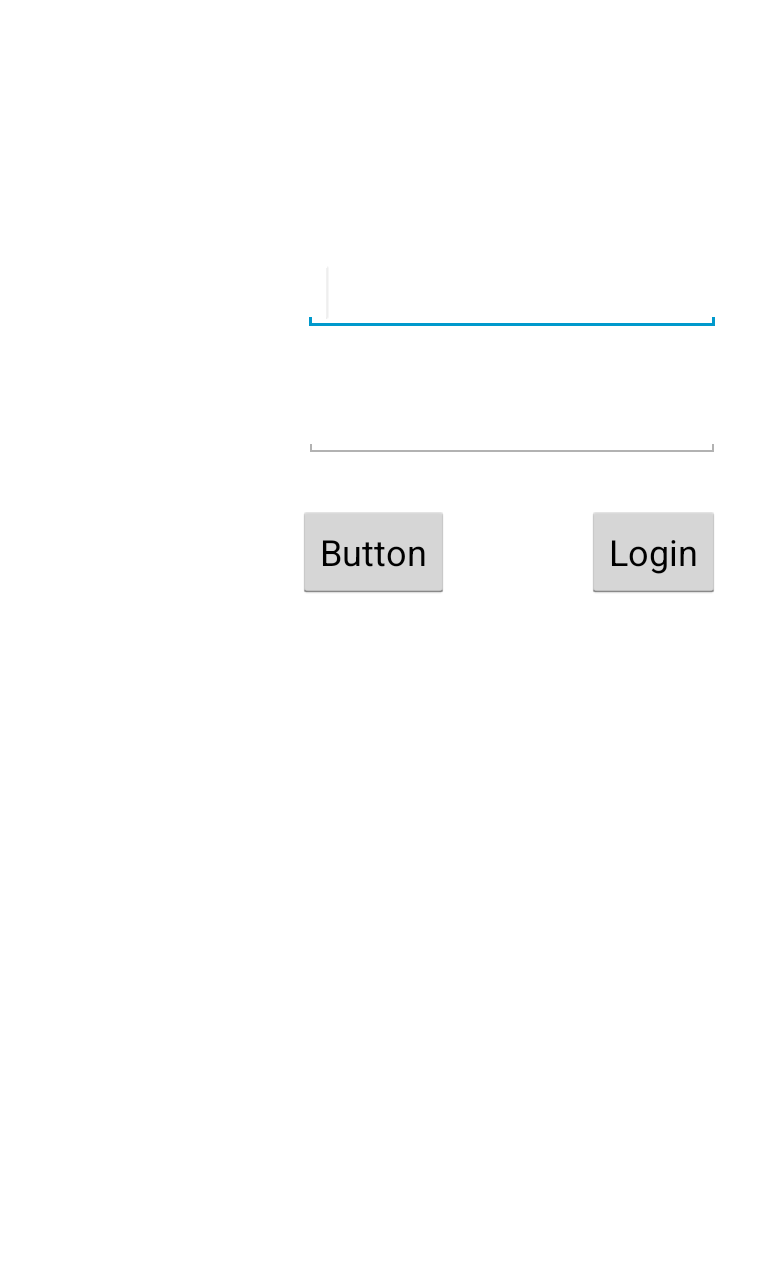
Repository: LeBenHL/CS169WarmUp
Layout: android/HelloWorld/res/layout/activity_main.xml
These files come from the project's save history. The layout is drawn as it stood at one moment and after a run of saves; the edit follows.
It is drawn on a 768 x 1280 px phone screen (xhdpi) without system bars, with theme AppTheme; the app's code is not run.

Above is the layout before, as saved 2013-02-16 23:45:22.

### android/HelloWorld/res/layout/activity_main.xml
<RelativeLayout xmlns:android="http://schemas.android.com/apk/res/android"
    xmlns:tools="http://schemas.android.com/tools"
    android:layout_width="match_parent"
    android:layout_height="match_parent"
    android:paddingBottom="@dimen/activity_vertical_margin"
    android:paddingLeft="@dimen/activity_horizontal_margin"
    android:paddingRight="@dimen/activity_horizontal_margin"
    android:paddingTop="@dimen/activity_vertical_margin"
    tools:context=".MainActivity" >

    <EditText
        android:id="@+id/user"
        android:layout_width="wrap_content"
        android:layout_height="wrap_content"
        android:layout_alignParentLeft="true"
        android:layout_alignParentTop="true"
        android:layout_marginLeft="135dp"
        android:layout_marginTop="111dp"
        android:ems="10"
        android:inputType="textPersonName" >

        <requestFocus />
    </EditText>

    <EditText
        android:id="@+id/password"
        android:layout_width="wrap_content"
        android:layout_height="wrap_content"
        android:layout_alignLeft="@+id/user"
        android:layout_below="@+id/user"
        android:layout_marginTop="24dp"
        android:ems="10"
        android:inputType="textPassword" />

    <Button
        android:id="@+id/Login"
        android:layout_width="wrap_content"
        android:layout_height="wrap_content"
        android:layout_alignParentLeft="true"
        android:layout_below="@+id/password"
        android:layout_marginLeft="132dp"
        android:layout_marginTop="22dp"
        android:text="Button" />

    <Button
        android:id="@+id/AddUser"
        android:layout_width="wrap_content"
        android:layout_height="wrap_content"
        android:layout_alignBaseline="@+id/Login"
        android:layout_alignBottom="@+id/Login"
        android:layout_alignRight="@+id/password"
        android:text="Login" />

</RelativeLayout>

Loaded but not shown: android/HelloWorld/res/values/styles.xml (common file); android/HelloWorld/res/values-v11/styles.xml (common file); android/HelloWorld/res/values-v14/styles.xml (common file); android/HelloWorld/res/values/dimens.xml (common file)

After the next 2 saves:
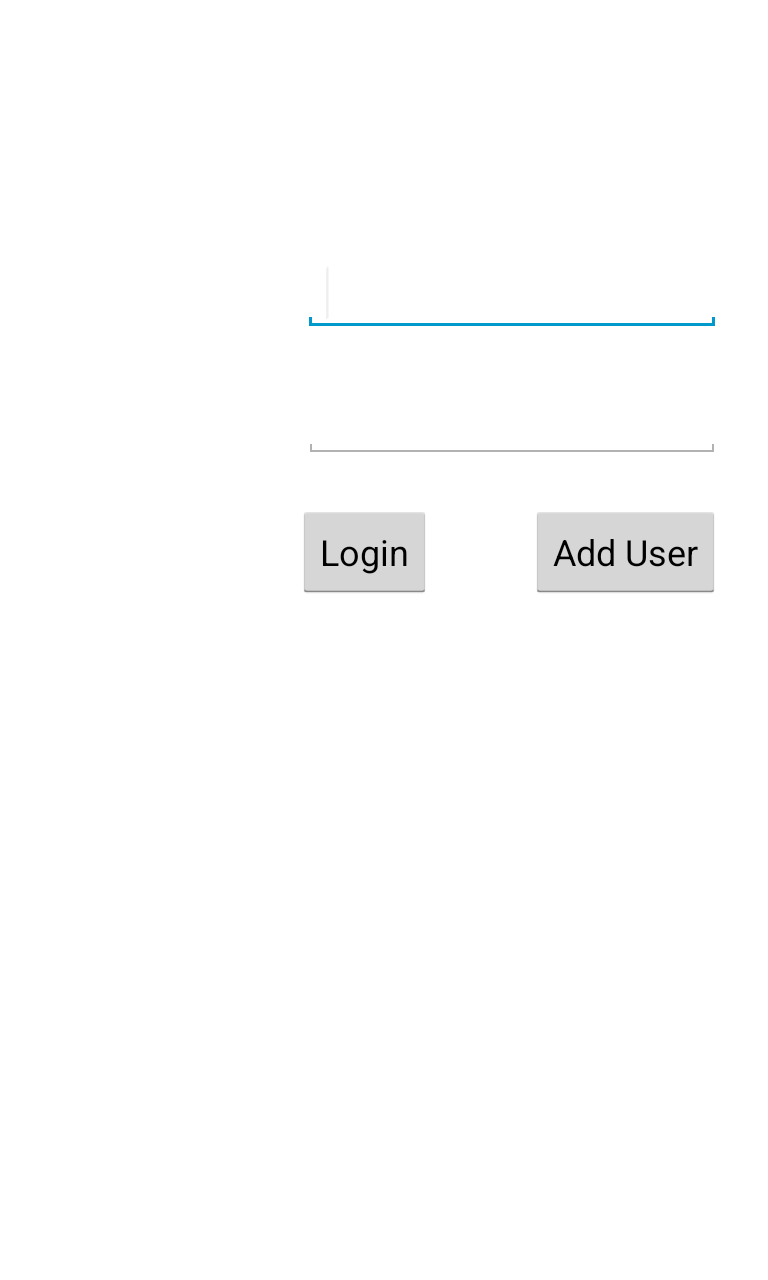
The 2 saves are shown as one change because they came seconds apart.
The last was saved 8 s later.
--- a/android/HelloWorld/res/layout/activity_main.xml
+++ b/android/HelloWorld/res/layout/activity_main.xml
@@ -40,7 +40,7 @@
         android:layout_below="@+id/password"
         android:layout_marginLeft="132dp"
         android:layout_marginTop="22dp"
-        android:text="Button" />
+        android:text="Login" />
 
     <Button
         android:id="@+id/AddUser"
@@ -49,6 +49,6 @@
         android:layout_alignBaseline="@+id/Login"
         android:layout_alignBottom="@+id/Login"
         android:layout_alignRight="@+id/password"
-        android:text="Login" />
+        android:text="Add User" />
 
 </RelativeLayout>
